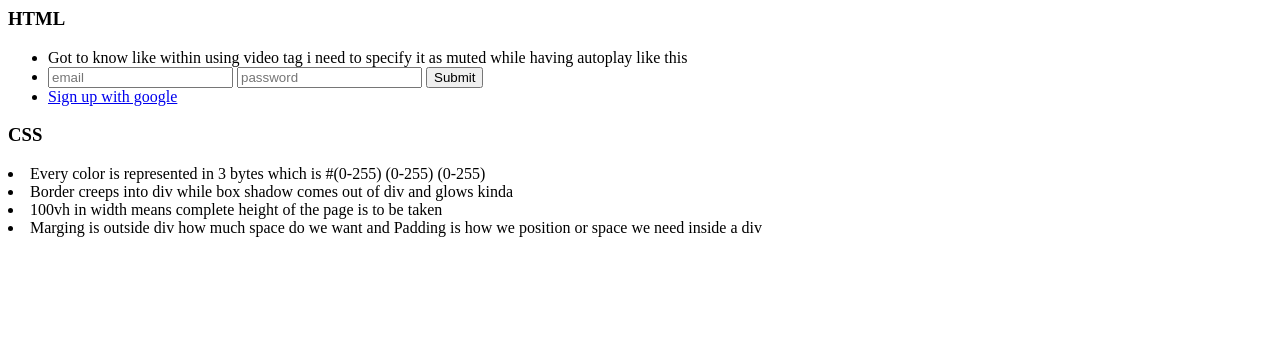
Repository: RohanSai22/harkirat-cohort-learnings
Page: Web/w1.html
These files come from the project's save history. The page is drawn as it stood at one moment and after the next save; the edit follows.
The browser window is 1280 px wide. The pictures show the whole page.

Above is the page before, as saved 2026-03-24 03:15:41.

### Web/w1.html
<html>
    <head>
        <title>My Site</title>
    </head>
    <body>
        <h3>HTML</h3>
        <ul>
            <li>
        Got to know like within using video tag i need to specify it as muted while having autoplay like this
        <!--<video width="300" height="300" autoplay mmuted src="./some.mp4"></video>-->
            </li>
            <li>
                <input type="email" placeholder="email"/>
                <input type ="password" placeholder="password"/>
                <button>Submit</button>
            </li>
            <li>
                <a href="https://www.gmail.com/" target="_blank">Sign up with google</a>
            </li>
        </ul>
        <h3>CSS</h3>
        <li>
            Every color is represented in 3 bytes which is #(0-255) (0-255) (0-255)
        </li>
        <li>
            Border creeps into div while box shadow comes out of div and glows kinda
        </li>
        <li>
            100vh in width means complete height of the page is to be taken
        </li>
        <li>
            Marging is outside div how much space do we want and Padding is how we position or space we need inside a div
        </li>
    </body>
</html>

After the next save:
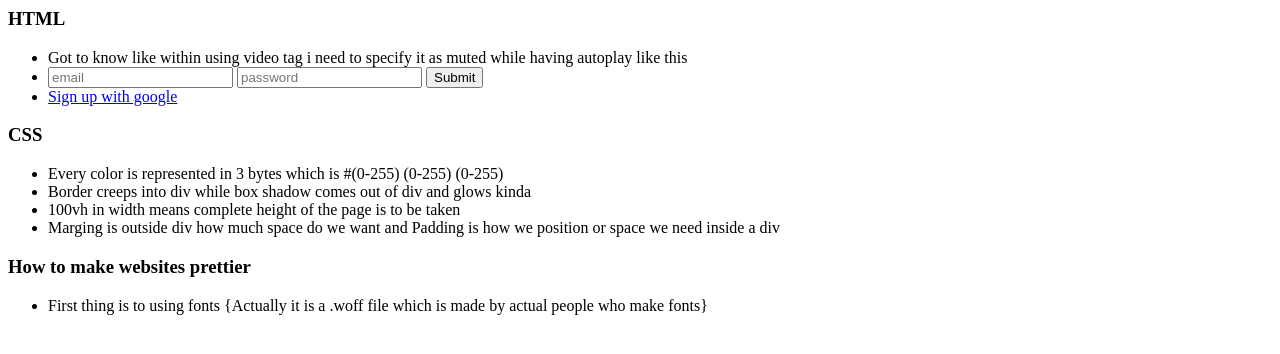
Saved 12 min 43 s later.
--- a/Web/w1.html
+++ b/Web/w1.html
@@ -19,6 +19,7 @@
             </li>
         </ul>
         <h3>CSS</h3>
+        <ul>
         <li>
             Every color is represented in 3 bytes which is #(0-255) (0-255) (0-255)
         </li>
@@ -31,5 +32,12 @@
         <li>
             Marging is outside div how much space do we want and Padding is how we position or space we need inside a div
         </li>
+        </ul>
+        <h3>How to make websites prettier</h3>
+        <ul>
+            <li>
+                First thing is to using fonts {Actually it is a .woff file which is made by actual people who make fonts}
+            </li>
+        </ul>
     </body>
 </html>
